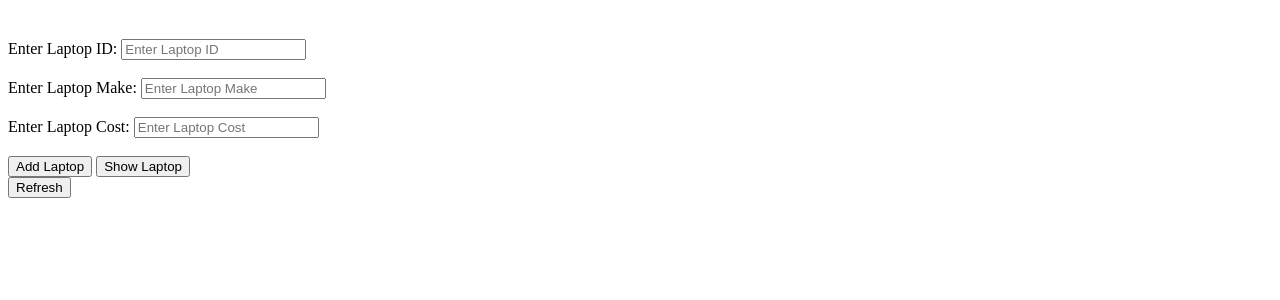
Repository: satvikagrasani/Spring-WorkSpace
Page: SpringMVC/WebAppDemo/AssignmentApp/src/main/webapp/index.html
These files come from the project's save history. The page is drawn as it stood at one moment and after the next save; the edit follows.
The browser window is 1280 px wide. The pictures show the whole page.

Above is the page before, as saved 2023-08-22 08:18:46.

After the next save:
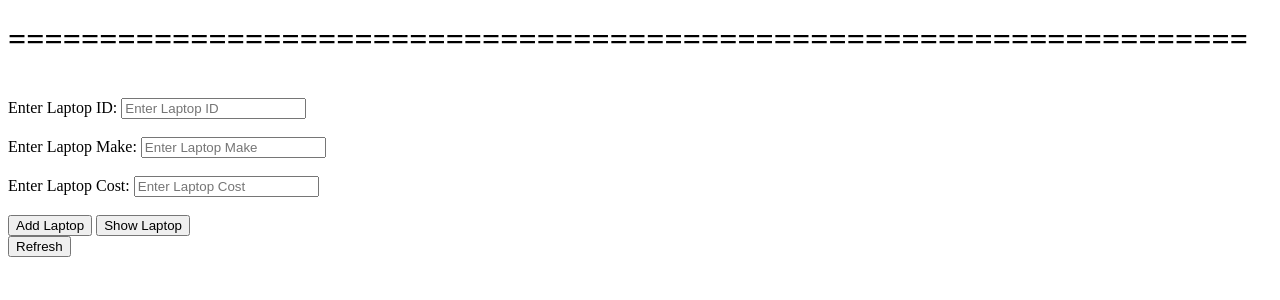
Saved 26 s later.
--- a/SpringMVC/WebAppDemo/AssignmentApp/src/main/webapp/index.html
+++ b/SpringMVC/WebAppDemo/AssignmentApp/src/main/webapp/index.html
@@ -8,9 +8,7 @@
 
 
 	<form>
-		<h1>
-
-		</h1>
+		<h1>====================================================================</h1>
 		<br>
 		Enter Laptop ID: <input type="number" name="ID" placeholder="Enter Laptop ID" /><br><br>
 		Enter Laptop Make: <input type="text" name="Make" placeholder="Enter Laptop Make"/><br><br>
